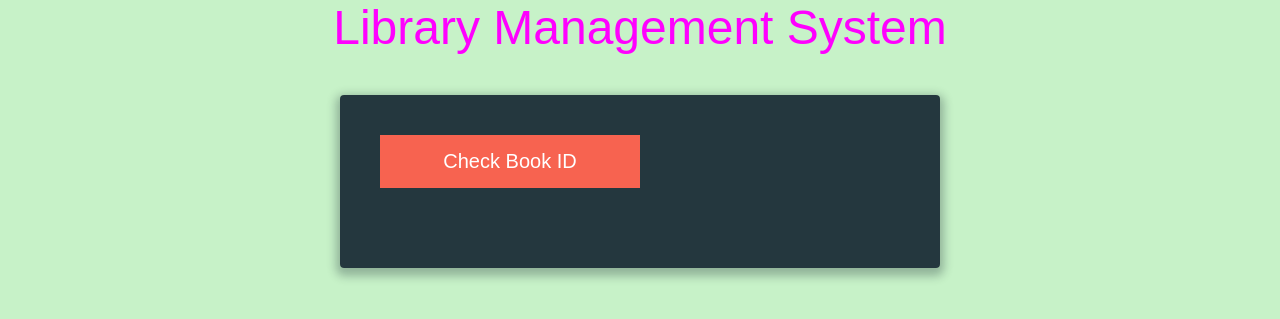
Repository: sudhanshuptl/LMS
Page: http://localhost/LMSWeb/update_member_by_id.jsp
The author's editor kept a copy of each file at every save. The page is drawn from the files as they stood at one save, then again after the next save.
The browser window is 1280 px wide. The pictures show the whole page.
Some web fonts or font styles are not loaded; a fallback is used. Some web libraries are served in a nearby version. The page is served by Tomcat 9. Other server files are loaded and not shown.

Above is the page before, as saved 2016-11-24 17:54:20.

### LMSWeb/WebContent/update_member_by_id.jsp
<%@page import="com.virtusa.project.services.database.DatabaseServices"%>
<%@ page language="java" contentType="text/html; charset=ISO-8859-1"
	pageEncoding="ISO-8859-1"
	import="com.virtusa.project.services.admin.AdminServices"%>
<!DOCTYPE html>
<html>
<head>
<meta charset="UTF-8">
<title>Admin Service</title>
<link
	href='http://fonts.googleapis.com/css?family=Titillium+Web:400,300,600'
	rel='stylesheet' type='text/css'>
<link rel="stylesheet"
	href="https://cdnjs.cloudflare.com/ajax/libs/normalize/5.0.0/normalize.min.css">


<link rel="stylesheet" href="css/style.css">


</head>

<body>
	<h1>
		<font color="#FF00FF" size="100">Library Management System</font>
	</h1>
	<div class="form">

		<ul class="tab-group">
			<li class="tab active"><a href="#signup">Check Book ID</a></li>
		</ul>

		<div class="tab-content">
			<div id="signup">

				<form action="update_book_by_id.jsp" method="post">

					<div class="field-wrap">
						<label> Book ID<span class="req" name="name">*</span>
						</label> <input type="number" name="bookId" required autocomplete="off" />
					</div>
					<!--<p class="forgot"><a href="#">Forgot Password?</a></p>-->

					<button class="button button-block" />
					Check Book ID
					</button>

				</form>
			</div>
		</div>
		<!-- tab-content -->

	</div>
	<!-- /form -->
	<script
		src='http://cdnjs.cloudflare.com/ajax/libs/jquery/2.1.3/jquery.min.js'></script>

	<script src="js/index.js"></script>
	<%
		if (request.getParameter("bookId") != null) {
			String bookId = request.getParameter("bookId");
			DatabaseServices databaseServices = new DatabaseServices();
			if(databaseServices.validateBookId(Integer.parseInt(bookId))){
				RequestDispatcher requestDispatcher = request.getRequestDispatcher("update_book.jsp");
				requestDispatcher.forward(request, response);
			}else{
				out.print("Not a valid book id");
			}

		}
	%>
</body>
</html>

<!-- pattern="(?=.*\d)(?=.*[a-z])(?=.*[A-Z]).{8,}" -->

### LMSWeb/WebContent/css/style.css
*, *:before, *:after {
  box-sizing: border-box;
}

html {
  overflow-y: scroll;
}

body {
  background: #C7F2C8;
  font-family: 'Titillium Web', sans-serif;
}

a {
  text-decoration: none;
  color: #C7F2F2;//1ab188;
  -webkit-transition: .5s ease;
  transition: .5s ease;
}
a:hover {
  color: #179b77;
}

.form {
  background: rgba(19, 35, 47, 0.9);
  padding: 40px;
  max-width: 600px;
  margin: 40px auto;
  border-radius: 4px;
  box-shadow: 0 4px 10px 4px rgba(19, 35, 47, 0.3);
}

.tab-group {
  list-style: none;
  padding: 0;
  margin: 0 0 40px 0;
}
.tab-group:after {
  content: "";
  display: table;
  clear: both;
}
.tab-group li a {
  display: block;
  text-decoration: none;
  padding: 15px;
  background: rgba(160, 179, 176, 0.25);
  color: #F3B7AF;
  font-size: 20px;
  float: left;
  width: 50%;
  text-align: center;
  cursor: pointer;
  -webkit-transition: .5s ease;
  transition: .5s ease;
}
.tab-group li a:hover {
  background: #F3B7AF;
  color: #ffffff;
}
.tab-group .active a {
  background: #F76350;
  color: #ffffff;
}

.tab-content > div:last-child {
  display: none;
}

h1 {
  text-align: center;
  color: #ffffff;
  font-weight: 300;
  margin: 0 0 40px;
}

label {
  position: absolute;
  -webkit-transform: translateY(6px);
          transform: translateY(6px);
  left: 13px;
  color: rgba(255, 255, 255, 0.5);
  -webkit-transition: all 0.25s ease;
  transition: all 0.25s ease;
  -webkit-backface-visibility: hidden;
  pointer-events: none;
  font-size: 22px;
}
label .req {
  margin: 2px;
  color: #1ab188;
}

label.active {
  -webkit-transform: translateY(50px);
          transform: translateY(50px);
  left: 2px;
  font-size: 14px;
}
label.active .req {
  opacity: 0;
}

label.highlight {
  color: #ffffff;
}

input, textarea {
  font-size: 22px;
  display: block;
  width: 100%;
  height: 100%;
  padding: 5px 10px;
  background: none;
  background-image: none;
  border: 1px solid #a0b3b0;
  color: #ffffff;
  border-radius: 0;
  -webkit-transition: border-color .25s ease, box-shadow .25s ease;
  transition: border-color .25s ease, box-shadow .25s ease;
}
input:focus, textarea:focus {
  outline: 0;
  border-color: #1ab188;
}

textarea {
  border: 2px solid #a0b3b0;
  resize: vertical;
}

.field-wrap {
  position: relative;
  margin-bottom: 40px;
}

.top-row:after {
  content: "";
  display: table;
  clear: both;
}
.top-row > div {
  float: left;
  width: 48%;
  margin-right: 4%;
}
.top-row > div:last-child {
  margin: 0;
}

.button {
  border: 0;
  outline: none;
  border-radius: 0;
  padding: 15px 0;
  font-size: 2rem;
  font-weight: 600;
  text-transform: uppercase;
  letter-spacing: .1em;
  background: #1ab188;
  color: #ffffff;
  -webkit-transition: all 0.5s ease;
  transition: all 0.5s ease;
  -webkit-appearance: none;
}
.button:hover, .button:focus {
  background: #179b77;
}

.button-block {
  display: block;
  width: 100%;
}

.forgot {
  margin-top: -20px;
  text-align: right;
}

### LMSWeb/WebContent/js/index.js
$('.form').find('input, textarea').on('keyup blur focus', function (e) {

  var $this = $(this),
      label = $this.prev('label');

	  if (e.type === 'keyup') {
			if ($this.val() === '') {
          label.removeClass('active highlight');
        } else {
          label.addClass('active highlight');
        }
    } else if (e.type === 'blur') {
    	if( $this.val() === '' ) {
    		label.removeClass('active highlight');
			} else {
		    label.removeClass('highlight');
			}
    } else if (e.type === 'focus') {

      if( $this.val() === '' ) {
    		label.removeClass('highlight');
			}
      else if( $this.val() !== '' ) {
		    label.addClass('highlight');
			}
    }

});

$('.tab a').on('click', function (e) {

  e.preventDefault();

  $(this).parent().addClass('active');
  $(this).parent().siblings().removeClass('active');

  target = $(this).attr('href');

  $('.tab-content > div').not(target).hide();

  $(target).fadeIn(600);

});

After the next save:
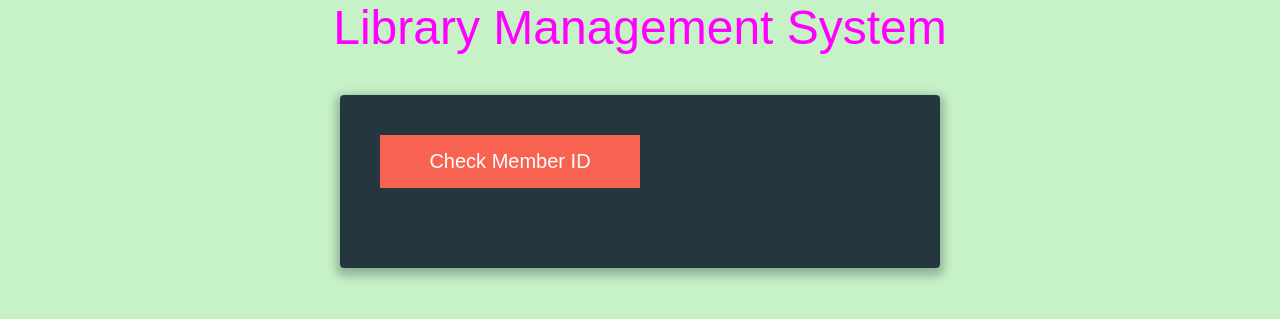
Saved 6 min 28 s later.
--- a/LMSWeb/WebContent/update_member_by_id.jsp
+++ b/LMSWeb/WebContent/update_member_by_id.jsp
@@ -26,22 +26,22 @@
 	<div class="form">
 
 		<ul class="tab-group">
-			<li class="tab active"><a href="#signup">Check Book ID</a></li>
+			<li class="tab active"><a href="#signup">Check Member ID</a></li>
 		</ul>
 
 		<div class="tab-content">
 			<div id="signup">
 
-				<form action="update_book_by_id.jsp" method="post">
+				<form action="update_member_by_id.jsp" method="post">
 
 					<div class="field-wrap">
-						<label> Book ID<span class="req" name="name">*</span>
-						</label> <input type="number" name="bookId" required autocomplete="off" />
+						<label> Member ID<span class="req" name="name">*</span>
+						</label> <input type="number" name="memberId" required autocomplete="off" />
 					</div>
 					<!--<p class="forgot"><a href="#">Forgot Password?</a></p>-->
 
 					<button class="button button-block" />
-					Check Book ID
+					Check Member ID
 					</button>
 
 				</form>
@@ -56,14 +56,14 @@
 
 	<script src="js/index.js"></script>
 	<%
-		if (request.getParameter("bookId") != null) {
-			String bookId = request.getParameter("bookId");
+		if (request.getParameter("memberId") != null) {
+			String memberId = request.getParameter("memberId");
 			DatabaseServices databaseServices = new DatabaseServices();
-			if(databaseServices.validateBookId(Integer.parseInt(bookId))){
-				RequestDispatcher requestDispatcher = request.getRequestDispatcher("update_book.jsp");
+			if(databaseServices.validateMemberId(Integer.parseInt(memberId))){
+				RequestDispatcher requestDispatcher = request.getRequestDispatcher("update_member.jsp");
 				requestDispatcher.forward(request, response);
 			}else{
-				out.print("Not a valid book id");
+				out.print("Not a valid member id");
 			}
 
 		}
